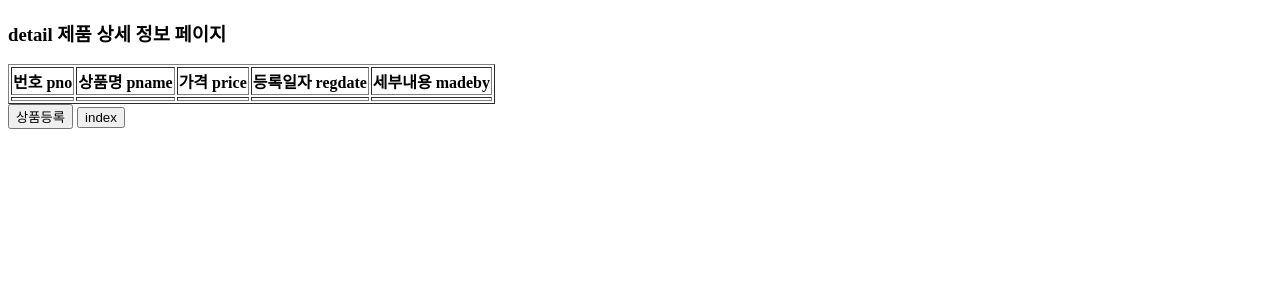
Repository: WoodongMaster/JSP_Workspace
Page: http://localhost/jsp_study/detail.jsp
The author's editor kept a copy of each file at every save. The page is drawn from the files as they stood at one save, then again after the next save.
The browser window is 1280 px wide. The pictures show the whole page.
The page is served by Tomcat 9. Other server files are loaded and not shown. The template is opened directly, without the code that normally fills it, so the values that code supplies are empty.

Above is the page before, as saved 2023-05-11 05:09:18.

### jsp_project1/jsp_study/src/main/webapp/detail.jsp
<%@ page language="java" contentType="text/html; charset=UTF-8"
    pageEncoding="UTF-8"%>
<!DOCTYPE html>
<html>
<head>
<meta charset="UTF-8">
<title>제품 상세 정보 페이지</title>
</head>
<body>
	<h3>detail 제품 상세 정보 페이지</h3>
	<table border="1">
		<thead>
			<tr>
				<th>번호 pno</th>
				<th>상품명 pname</th>
				<th>가격 price</th>
				<th>등록일자 regdate</th>
				<th>세부내용 madeby</th>
			</tr>
		</thead>
		<tbody>
			<c:forEach items="${list }" var="pvo">
			<tr>
				<td>${pvo.pno }</td>
				<td>${pvo.pname }</td>
				<td>${pvo.price }</td>
				<td>${pvo.regdate }</td>
				<td>${pvo.madeby }</td>
			</tr>
			</c:forEach>
		</tbody>
	</table>

	<!-- 이동 버튼 -->
	<a href="register.pd"><button type="button">상품등록</button></a>
	<a href="index.pd"><button type="button">index</button></a>
</body>
</html>

After the next save:
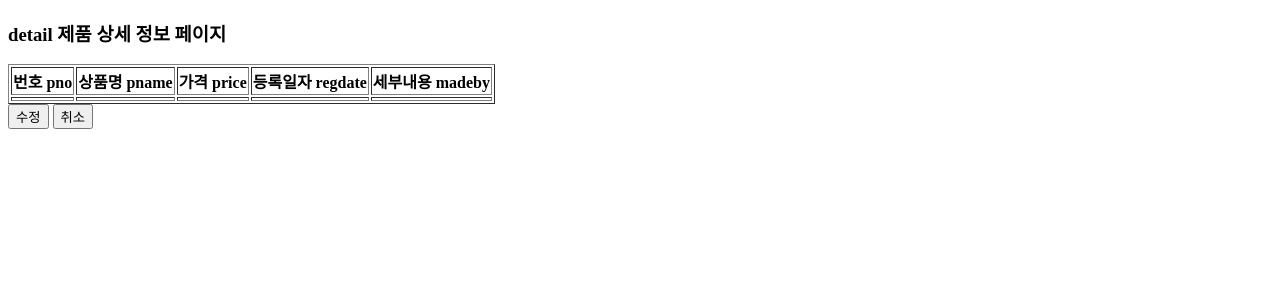
Saved 25 s later.
--- a/jsp_project1/jsp_study/src/main/webapp/detail.jsp
+++ b/jsp_project1/jsp_study/src/main/webapp/detail.jsp
@@ -32,7 +32,7 @@
 	</table>
 
 	<!-- 이동 버튼 -->
-	<a href="register.pd"><button type="button">상품등록</button></a>
-	<a href="index.pd"><button type="button">index</button></a>
+	<a href="modify.pd"><button type="button">수정</button></a>
+	<a href="list.pd"><button type="button">취소</button></a>
 </body>
 </html>
